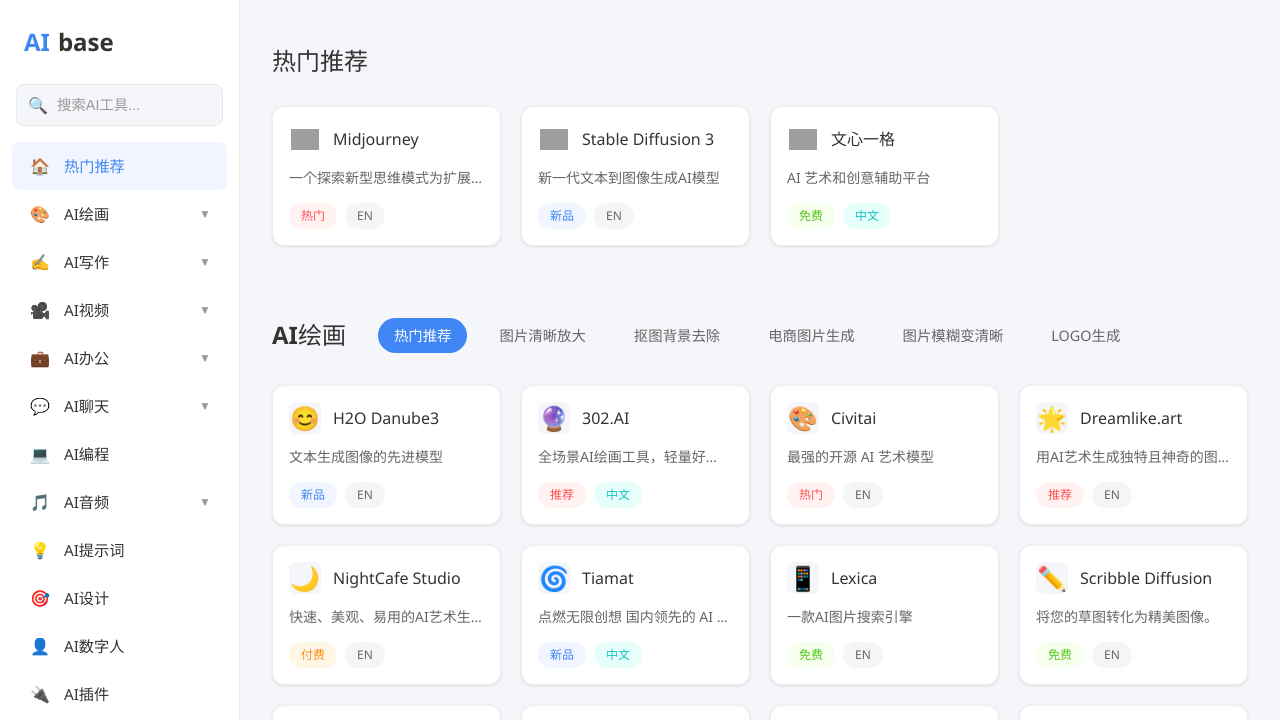
Repository: sai5585wo/ai-tools-resource-site
Page: / (app in frontend/)
An editor plug-in stored every save of this project. The page is shown before and after the next save, followed by the edit.
The browser window is 1280 px wide. The pictures show the whole page.
Pictures or frames that could not be fetched are drawn as grey boxes. An inner scrolling area shows only its first screen. The project was rebuilt for these pictures with package versions that can differ from the ones it lists, and the page was loaded fresh each time. Also part of the build but not shown: frontend/vite.config.js.

Above is the page before, as saved 2025-05-17 22:22:41.

### frontend/index.html
<!doctype html>
<html lang="en">
  <head>
    <meta charset="UTF-8" />
    <link rel="icon" type="image/svg+xml" href="/vite.svg" />
    <meta name="viewport" content="width=device-width, initial-scale=1.0" />
    <title>Vite + Vue</title>
    <style>
      body, #app {
        background: #f5f5f5 !important;
        width: 100vw;
        height: 100vh;
        margin: 0;
        padding: 0;
      }
      .content-wrapper {
        width: 100%;
        max-width: none;
        margin: 0;
        padding: 24px 32px;
        box-sizing: border-box;
      }
      .tool-list {
        display: grid;
        grid-template-columns: repeat(4, 1fr);
        gap: 16px;
        width: 100%;
      }
      .tool-card {
        background: #fff;
        border-radius: 8px;
        padding: 16px;
        box-shadow: 0 1px 3px rgba(0, 0, 0, 0.1);
        transition: all 0.3s ease;
      }
      .tool-card:hover {
        transform: translateY(-2px);
        box-shadow: 0 4px 12px rgba(0, 0, 0, 0.1);
      }
      .tool-card-content {
        flex: 1;
        display: flex;
        flex-direction: column;
        gap: 8px;
      }
      .section-title {
        font-size: 20px;
        font-weight: 600;
        margin: 0 0 24px 0;
        padding: 0;
      }
      @media screen and (max-width: 1400px) {
        .tool-list {
          grid-template-columns: repeat(3, 1fr);
        }
      }
      @media screen and (max-width: 1024px) {
        .tool-list {
          grid-template-columns: repeat(2, 1fr);
        }
      }
    </style>
  </head>
  <body>
    <div id="app"></div>
    <script type="module" src="/src/main.js"></script>
  </body>
</html>

### frontend/src/style.css
* {
  margin: 0;
  padding: 0;
  box-sizing: border-box;
}

html, body {
  width: 100%;
  height: 100%;
  margin: 0;
  padding: 0;
  overflow-x: hidden;
}

body {
  font-family: 'Segoe UI', 'Roboto', 'Arial', sans-serif;
  -webkit-font-smoothing: antialiased;
  -moz-osx-font-smoothing: grayscale;
  background: linear-gradient(120deg, #232526 0%, #414345 100%);
}

:root {
  font-family: system-ui, Avenir, Helvetica, Arial, sans-serif;
  line-height: 1.5;
  font-weight: 400;

  color-scheme: light dark;
  color: rgba(255, 255, 255, 0.87);
  background-color: #242424;

  font-synthesis: none;
  text-rendering: optimizeLegibility;
  -webkit-font-smoothing: antialiased;
  -moz-osx-font-smoothing: grayscale;
}

a {
  font-weight: 500;
  color: #646cff;
  text-decoration: inherit;
}
a:hover {
  color: #535bf2;
}

h1 {
  font-size: 3.2em;
  line-height: 1.1;
}

button {
  border-radius: 8px;
  border: 1px solid transparent;
  padding: 0.6em 1.2em;
  font-size: 1em;
  font-weight: 500;
  font-family: inherit;
  background-color: #1a1a1a;
  cursor: pointer;
  transition: border-color 0.25s;
}
button:hover {
  border-color: #646cff;
}
button:focus,
button:focus-visible {
  outline: 4px auto -webkit-focus-ring-color;
}

.card {
  padding: 2em;
}

#app {
  margin: 0 auto;
  padding: 2rem;
  text-align: center;
}

@media (prefers-color-scheme: light) {
  :root {
    color: #213547;
    background-color: #ffffff;
  }
  a:hover {
    color: #747bff;
  }
  button {
    background-color: #f9f9f9;
  }
}

### frontend/src/components/ToolCard.vue
<template>
  <a :href="url" target="_blank" rel="noopener noreferrer" class="tool-card">
    <div class="tool-header">
      <div class="tool-icon">
        <img v-if="icon.startsWith('http')" :src="icon" :alt="title">
        <span v-else class="emoji-icon">{{ icon }}</span>
      </div>
      <div class="tool-title">{{ title }}</div>
    </div>
    <p class="tool-description">{{ description }}</p>
    <div class="tool-tags">
      <span class="tag" :class="tag.type" v-for="tag in tags" :key="tag.text">{{ tag.text }}</span>
    </div>
  </a>
</template>

<script setup>
defineProps({
  title: {
    type: String,
    required: true
  },
  description: {
    type: String,
    required: true
  },
  tags: {
    type: Array,
    default: () => []
  },
  icon: {
    type: String,
    default: '🤖'
  },
  url: {
    type: String,
    required: true
  }
})
</script>

<style scoped>
.tool-card {
  background: white;
  border-radius: 12px;
  padding: 1rem;
  height: 140px;
  display: flex;
  flex-direction: column;
  gap: 0.75rem;
  transition: all 0.3s;
  border: 1px solid #eee;
  text-decoration: none;
  cursor: pointer;
}

.tool-card:hover {
  transform: translateY(-2px);
  box-shadow: 0 4px 12px rgba(0, 0, 0, 0.05);
  border-color: #e0e0e0;
}

.tool-header {
  display: flex;
  align-items: center;
  gap: 0.75rem;
}

.tool-icon {
  width: 32px;
  height: 32px;
  display: flex;
  align-items: center;
  justify-content: center;
  flex-shrink: 0;
  border-radius: 6px;
  overflow: hidden;
  background: transparent;
}

.tool-icon img {
  width: 100%;
  height: 100%;
  object-fit: contain;
  padding: 2px;
}

.tool-icon img[src$=".svg"] {
  padding: 0;
}

.emoji-icon {
  font-size: 1.5rem;
  width: 100%;
  height: 100%;
  display: flex;
  align-items: center;
  justify-content: center;
  background: #f5f6fa;
  border-radius: 6px;
}

.tool-title {
  font-size: 1rem;
  font-weight: 500;
  color: #333;
  margin: 0;
}

.tool-description {
  font-size: 0.875rem;
  color: #666;
  margin: 0;
  line-height: 1.5;
  flex: 1;
  text-align: left;
  overflow: hidden;
  text-overflow: ellipsis;
  display: -webkit-box;
  -webkit-line-clamp: 1;
  -webkit-box-orient: vertical;
  height: 21px; /* 设置固定高度，等于 font-size * line-height */
}

.tool-tags {
  display: flex;
  gap: 0.5rem;
  margin-top: auto;
}

.tag {
  padding: 0.25rem 0.75rem;
  border-radius: 20px;
  font-size: 0.75rem;
  font-weight: 500;
}

.tag.hot {
  background: #fff2f0;
  color: #ff4d4f;
}

.tag.new {
  background: #f0f5ff;
  color: #4086f4;
}

.tag.free {
  background: #f6ffed;
  color: #52c41a;
}

.tag.pro {
  background: #fff7e6;
  color: #fa8c16;
}

.tag.en {
  background: #f5f5f5;
  color: #666;
}

.tag.zh {
  background: #e6fffb;
  color: #13c2c2;
}

.tag.jp {
  background: #fff0f6;
  color: #eb2f96;
}
</style>

Loaded but not shown: frontend/src/main.js (common file); frontend/src/App.vue (917 lines, source omitted)

After the next save:
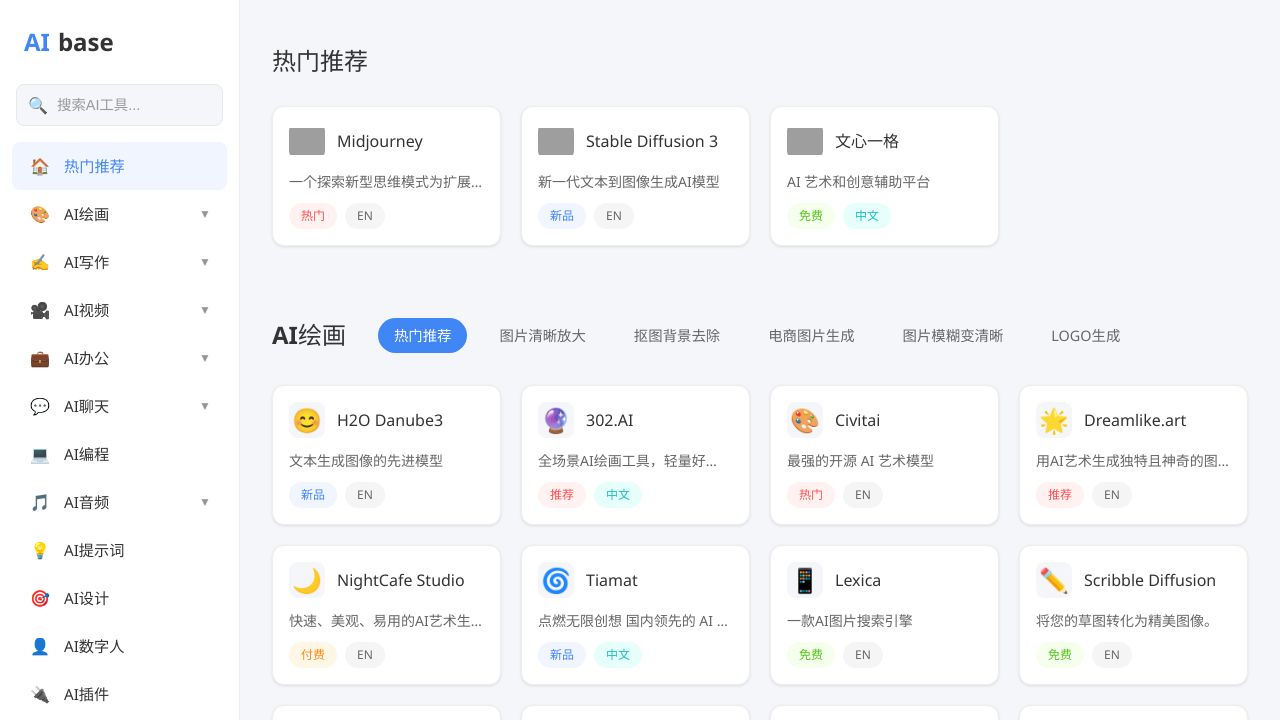
Saved 12 s later.
--- a/frontend/src/components/ToolCard.vue
+++ b/frontend/src/components/ToolCard.vue
@@ -67,13 +67,13 @@
 }
 
 .tool-icon {
-  width: 32px;
-  height: 32px;
+  width: 36px;
+  height: 36px;
   display: flex;
   align-items: center;
   justify-content: center;
   flex-shrink: 0;
-  border-radius: 6px;
+  border-radius: 8px;
   overflow: hidden;
   background: transparent;
 }
@@ -82,7 +82,7 @@
   width: 100%;
   height: 100%;
   object-fit: contain;
-  padding: 2px;
+  padding: 0;
 }
 
 .tool-icon img[src$=".svg"] {
@@ -97,7 +97,7 @@
   align-items: center;
   justify-content: center;
   background: #f5f6fa;
-  border-radius: 6px;
+  border-radius: 8px;
 }
 
 .tool-title {
